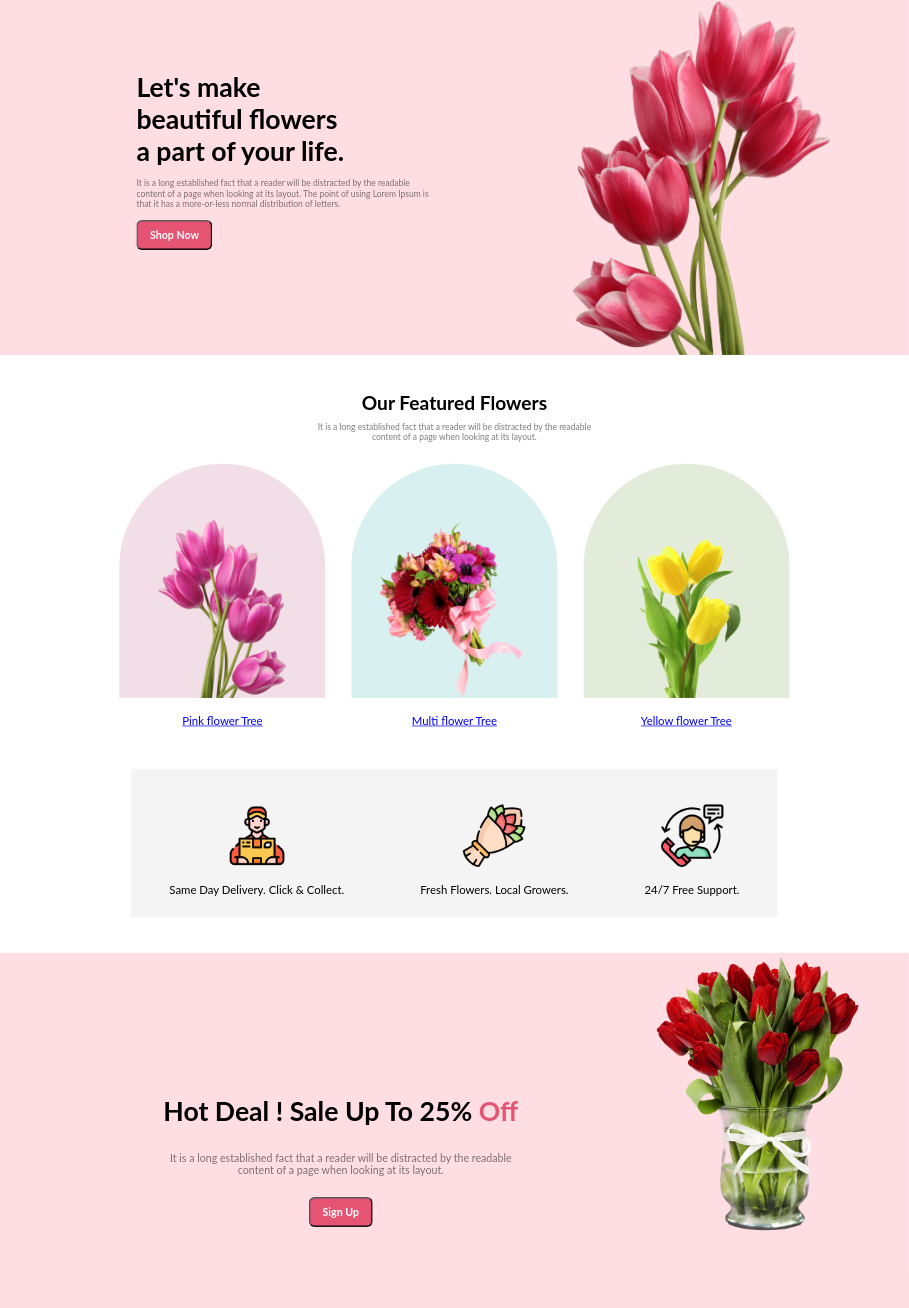
Repository: sadiaafsana138/Flower-Shop_Responsive
Page: index.html
The author's editor kept a copy of each file at every save. The page is drawn from the files as they stood at one save, then again after the next save.
The browser window is 1280 px wide. The pictures show the whole page, at 71% of full size.

Above is the page before, as saved 2023-08-30 05:37:05.

### index.html
<!DOCTYPE html>
<html lang="en">

<head>
    <meta charset="UTF-8">
    <meta name="viewport" content="width=device-width, initial-scale=1.0">
    <title>Flower Shop</title>
    <link rel="stylesheet" href="Flower.css">
</head>

<body>
    <header>
        <section class="Section1">
            <div>
                <div id="HeaderText1">
                    <h1>
                        Let's make<br>beautiful flowers<br>a part of your life.
                    </h1>
                </div>
                <div id="HeaderText2">
                    <p>
                        It is a long established fact that a reader will be distracted by the readable<br>content of a
                        page when looking at its layout. The point of using Lorem Ipsum is<br>that it has a more-or-less
                        normal distribution of letters.
                    </p>
                </div>
                <button class="Main_button">
                    Shop Now
                </button>
            </div>
            <div>
                <img src="Images/1.png" alt="Cover image" height="500px" width="400px">
            </div>
        </section>
    </header>
    <main>
        <section class="Section2">
            <div>
                <div id="Section_2_header1">
                    <h1>
                        Our Featured Flowers
                    </h1>
                </div>
                <div>
                    <p id="Section_2_header2">
                        It is a long established fact that a reader will be distracted by the readable<br>content of a
                        page when looking at its layout.
                    </p>
                </div>
            </div>
            <div class="Section_2_pictures">
                <div id="sec2_pic1">
                    <img src="Images/2.png" alt="" height="250px" width="180px">
                    <br>
                    <br>
                    <a href="https://flowersourcebd.com/" target="_blank">
                        Pink flower Tree
                    </a>
                </div>
                <div id="sec2_pic2">
                    <img src="Images/3.png" alt="" height="250px" width="230px">
                    <br>
                    <br>
                    <a href="https://flowersourcebd.com/" target="_blank">
                        Multi flower Tree
                    </a>
                </div>
                <div id="sec2_pic3">
                    <img src="Images/4.png" alt="" height="250px" width="180px">
                    <br>
                    <br>
                    <a href="https://flowersourcebd.com/" target="_blank">
                        Yellow flower Tree
                    </a>
                </div>
            </div>
        </section>
        <section class="Section3">
            <div class="Sec3_pic">
                <div>
                    <img src="Images/5.png" alt="">
                    <br>
                    <br>
                    <p>Same Day Delivery. Click & Collect.</p>
                </div>
                <div>
                    <img src="Images/6.png" alt="">
                    <br>
                    <br>
                    <p>Fresh Flowers. Local Growers.</p>
                </div>
                <div>
                    <img src="Images/7.png" alt="">
                    <br>
                    <br>
                    <p>24/7 Free Support.</p>
                </div>
            </div>
        </section>
        <section class="Section4">
            <div>
                <div id="Sec4_text1">
                    <h1>
                        Hot Deal ! Sale Up To 25% <span id="off_color">Off</span>
                    </h1>
                </div>
                <br>
                <div id="Sec4_text2">
                    <p>
                        It is a long established fact that a reader will be distracted by the readable<br>content of a page when looking at its layout.
                    </p>
                </div>
                <br>
                <button class="Main_button">
                    Sign Up
                </button>
            </div>
            <div>
                <img src="Images/8.png" alt="" height="400px" width="300px">
            </div>
        </section>
        <section class="Section5"></section>
        <section class="Section6"></section>
        <section class="Section7"></section>
        <section class="Section8"></section>
    </main>
    <footer>

    </footer>
</body>

</html>

### Flower.css
*{
    margin:0px;
    font-family: Lato;
    font-style: normal;
}
/*Section 1*/
.Section1{
    background-color: rgb(255, 222, 227);
    height:500px;
    width: 100%;
    display: flex;
    justify-content: space-around;
}
#HeaderText1{
    padding: 100px 70px 5px 100px;
    font-size:  25px;
    font-weight: 800;

}
#HeaderText2{
    padding: 10px 0px 5px 100px;
    font-size:  12px;
    font-weight: 400;
    color:rgba(39, 39, 39, 0.60);
}
.Main_button{
    border-radius: 8px;
    background: #E55473;
    color: #FFF;
    font-size: 15px;
    font-weight: 700;
    padding: 10px 17px;
    margin: 10px 0px 0px 100px;
}
/*Section 2*/
#Section_2_header1{
    padding: 50px 0px 10px 0px;
    font-size:  18px;
    font-weight: 800;
    text-align: center;
}
#Section_2_header2{
    font-size:  12px;
    font-weight: 400;
    color:rgba(39, 39, 39, 0.60);
    text-align: center;
}
.Section_2_pictures{
    margin: 30px 150px 0px;
    justify-content: space-around;
    display: flex;
}
#sec2_pic1{
    border-radius: 300px 300px 0px 0px;
    background: rgba(167, 33, 98, 0.15);
    height:250px ;
    width: 230px;
    padding: 80px 30px 0px 30px;
    text-align: center;
}
#sec2_pic2{
    border-radius: 300px 300px 0px 0px;
    background:rgba(5, 151, 160, 0.15);
    height: 250px;
    width: 230px;
    padding: 80px 30px 0px 30px;
    text-align: center;
}
#sec2_pic3{
    border-radius: 300px 300px 0px 0px;
    background: rgba(71, 125, 17, 0.15);
    height: 250px;
    width: 230px;
    padding: 80px 30px 0px 30px;
    text-align: center;

}
/*Section 3*/
.Sec3_pic{
    background: rgba(39, 39, 39, 0.05);
    margin: 100px 185px 0px;
    padding: 50px 0px 30px;
    justify-content: space-around;
    display: flex;
    text-align: center;
}
/* Section 4 */
.Section4{
    margin-top: 50px;
    background-color: rgb(255, 222, 227);
    height:500px;
    width: 100%;
    display: flex;
    justify-content: space-around;
    text-align: center;
}
#Sec4_text1{
    padding: 200px 70px 5px 170px;
    font-size:25px;
    font-weight: 800;
}
#Sec4_text2{
    padding: 10px 0px 0px 100px;
    font-size:  15px;
    font-weight: 400;
    color:rgba(39, 39, 39, 0.60);
}
#off_color{
    color: #E55473;
}

After the next save:
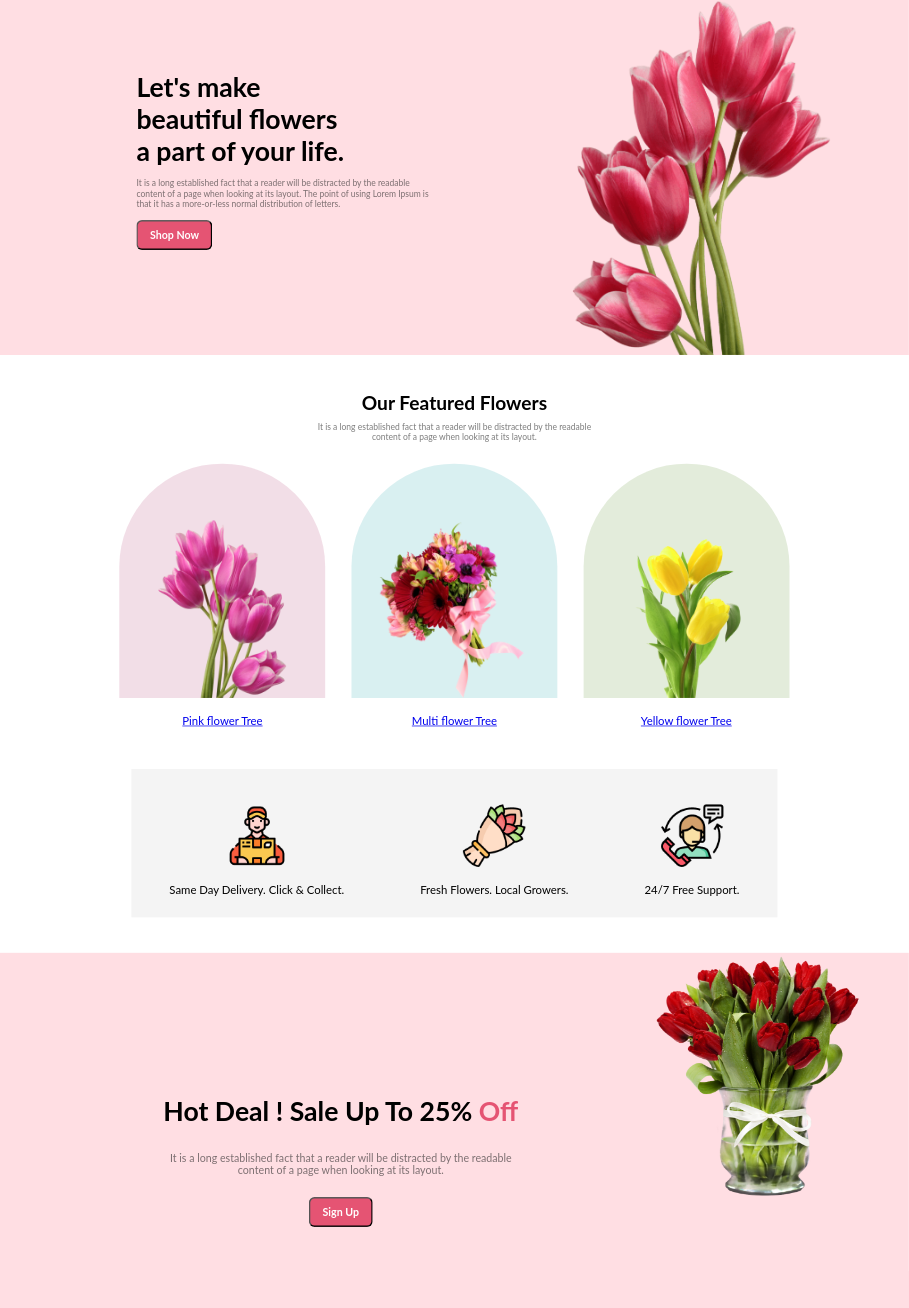
Saved 22 s later.
--- a/index.html
+++ b/index.html
@@ -116,7 +116,7 @@
                 </button>
             </div>
             <div>
-                <img src="Images/8.png" alt="" height="400px" width="300px">
+                <img src="Images/8.png" alt="" height="350px" width="300px">
             </div>
         </section>
         <section class="Section5"></section>
